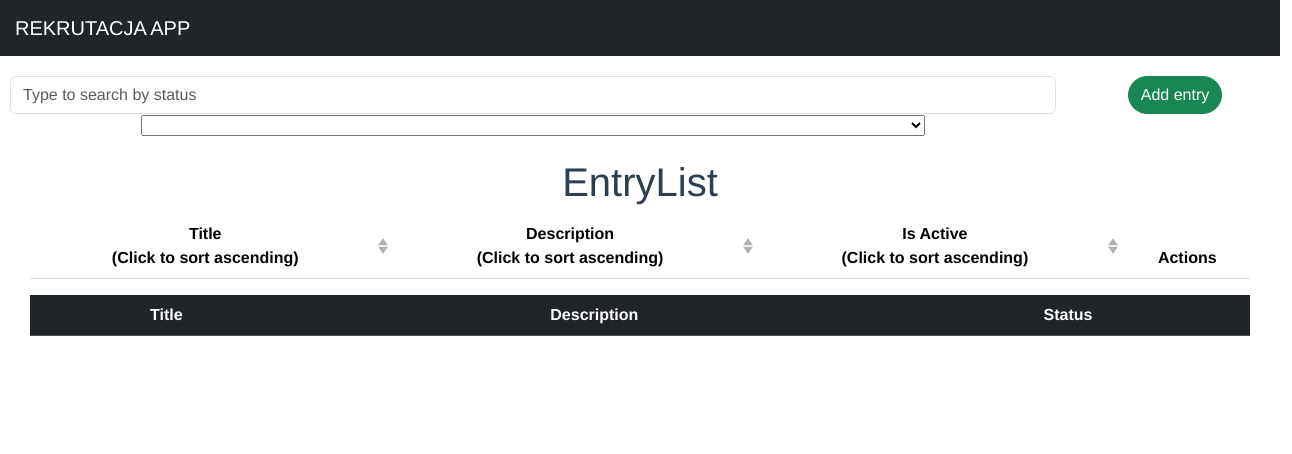
Repository: Madaless/vue_elastic
Page: / (app in vuejsapp/crudapp/)
The author's editor kept a copy of each file at every save. The page is drawn from the files as they stood at one save, then again after the next save.
The browser window is 1280 px wide. The page is 1292 px wide, so the pictures cover 1292 px, including what lies to the right of the window. The pictures show the whole page.
The page's requests for data from a server got no answer. The project was rebuilt for these pictures with package versions that can differ from the ones it lists, and the page was loaded fresh each time. No one was signed in, and anything a server would have sent is missing.

Above is the page before, as saved 2021-09-12 17:28:56.

### vuejsapp/crudapp/src/main.js
import Vue from 'vue'
import App from './App.vue'
import store from  './store/index'
import { BootstrapVue, IconsPlugin } from 'bootstrap-vue'

// Import Bootstrap an BootstrapVue CSS files (order is important)
import 'bootstrap/dist/css/bootstrap.css'
import 'bootstrap-vue/dist/bootstrap-vue.css'

// Make BootstrapVue available throughout your project
Vue.use(BootstrapVue)
// Optionally install the BootstrapVue icon components plugin
Vue.use(IconsPlugin)

Vue.config.productionTip = false

new Vue({
  store,
  render: h => h(App),
}).$mount('#app')

### vuejsapp/crudapp/src/App.vue
<template>
  <div id="app">
    <b-navbar class="navbar navbar-expand navbar-dark bg-dark">
      <b-navbar-brand id="header" href="#">REKRUTACJA APP</b-navbar-brand>
    </b-navbar>

    <b-row id = "filterEntry">
      <b-col sm="10"><FilterEntry /></b-col>
      <b-col sm="2"><AddEntry /></b-col>
    </b-row>

    <EntryList />
  </div>
</template>

<script>
import AddEntry from "./components/AddEntry.vue";
import FilterEntry from "./components/FilterEntry.vue";
import EntryList from "./components/EntryList.vue";

export default {
  name: "App",
  components: {
    AddEntry,
    FilterEntry,
    EntryList,
  },
};
</script>

<style>
#app {
  font-family: Avenir, Helvetica, Arial, sans-serif;
  -webkit-font-smoothing: antialiased;
  -moz-osx-font-smoothing: grayscale;
  text-align: center;
  color: #2c3e50;
}
#header {
  padding-left: 15px;
}

#filterEntry {
    padding-top: 20px;
    padding-bottom: 20px;
    padding-left: 10px;
    padding-right: 10px;
}
</style>

### vuejsapp/crudapp/src/store/index.js
import Vuex from 'vuex';
import Vue from 'vue';
import entryList from './modules/entryList';

Vue.use(Vuex);

export default new Vuex.Store({
    modules: {
        entryList
    }
})

### vuejsapp/crudapp/src/components/AddEntry.vue
<template>
  <div>
    <b-button pill block variant="success">Add entry</b-button>
  </div>
</template>

<script>
export default {
  setup() {},
};
</script>

<style scoped>
</style>

### vuejsapp/crudapp/src/components/FilterEntry.vue
<template>
  <div>
    <b-form-input
      id="filter-input"
      v-model="filter"
      type="search"
      placeholder="Type to search by status"
    ></b-form-input>

    <b-form-select
      id="sort-by-select"
      v-model="sortBy"
      :options="sortOptions"
      :aria-describedby="ariaDescribedby"
      class="w-75">
      <template #first>
        <option value="">-- none --</option>
      </template>
    </b-form-select>



  </div>
</template>

<script>
export default {
  setup() {},
  data() {
      return {
          sortOptions: ["no","yes"]
      }
  }
};
</script>

<style scoped>
</style>

### vuejsapp/crudapp/src/components/EntryList.vue
<template>
  <div id="entryList">
    <h1>EntryList</h1>

    <div class="todos">
      <b-table :items="entryList" :fields="fields">
        <template #cell(name)="row">
          {{ row.value.first }} {{ row.value.last }}
        </template>

        <template #cell(actions)="row">
          <b-button
            pill
            size="sm"
            @click="info(row.item, row.index, $event.target)"
            class="mr-1"
          >
            Info modal
          </b-button>
          <b-button size="sm" pill @click="row.toggleDetails">
            {{ row.detailsShowing ? "Hide" : "Show" }} Details
          </b-button>
          <b-button size="sm" pill block variant="danger"
            >Delete entry</b-button>
        </template>

        <template #row-details="row">
          <b-card>
            <ul>
              <li v-for="(value, key) in row.item" :key="key">
                {{ key }}: {{ value }}
              </li>
            </ul>
          </b-card>
        </template>
      </b-table>
      <table class="table table-striped table-dark">
        <thead>
          <tr>
            <th>Title</th>
            <th>Description</th>
            <th>Status</th>
          </tr>
        </thead>
        <tbody>
          <tr v-for="entry in entryList" v-bind:key="entry.key">
            <td>{{ entry.title }}</td>
          </tr>
        </tbody>
      </table>
    </div>
  </div>
</template>

<script>
import { mapGetters, mapActions } from "vuex";

export default {
  name: "EntryList",
  methods: {
    ...mapActions(["fetchEntryList"]),
  },
  computed: mapGetters(["entryList"]),
  created() {
    this.fetchEntryList();
  },
  data() {
    return {
      items: [
        {
          isActive: true,
          age: 40,
          name: { first: "Dickerson", last: "Macdonald" },
        },
        { isActive: false, age: 21, name: { first: "Larsen", last: "Shaw" } },
        {
          isActive: false,
          age: 9,
          name: { first: "Mini", last: "Navarro" },
          _rowVariant: "success",
        },
        { isActive: false, age: 89, name: { first: "Geneva", last: "Wilson" } },
        { isActive: true, age: 38, name: { first: "Jami", last: "Carney" } },
        { isActive: false, age: 27, name: { first: "Essie", last: "Dunlap" } },
        { isActive: true, age: 40, name: { first: "Thor", last: "Macdonald" } },
        {
          isActive: true,
          age: 87,
          name: { first: "Larsen", last: "Shaw" },
          _cellVariants: { age: "danger", isActive: "warning" },
        },
        { isActive: false, age: 26, name: { first: "Mitzi", last: "Navarro" } },
        {
          isActive: false,
          age: 22,
          name: { first: "Genevieve", last: "Wilson" },
        },
        { isActive: true, age: 38, name: { first: "John", last: "Carney" } },
        { isActive: false, age: 29, name: { first: "Dick", last: "Dunlap" } },
      ],
      fields: [
        {
          key: "title",
          label: "Title",
          sortable: true,
          sortDirection: "desc",
        },
        {
          key: "description",
          label: "Description",
          sortable: true,
          class: "text-center",
        },
        {
          key: "isActive",
          label: "Is Active",
          formatter: (value) => {
            return value ? "Yes" : "No";
          },
          sortable: true,
          sortByFormatted: true,
          filterByFormatted: true,
        },
        { key: "actions", label: "Actions" },
      ],
    };
  },
};
</script>

<style scoped>
#entryList {
  padding-left: 30px;
  padding-right: 30px;
}
</style>

### vuejsapp/crudapp/src/store/modules/entryList.js
import axios from 'axios';

const state = {
  entryList: []
};
// get the state
const getters = {
  entryList: (state) => {
    return state.entryList
  }
};

const actions = {
    // fetch from api
  async fetchEntryList({ commit }) {
    const response = await axios.get('https://jsonplaceholder.typicode.com/todos');

    commit('setEntryList', response.data);
  }
}

const mutations = {
    setEntryList: (state, entryList) => (state.entryList = entryList)
};

export default {
    state,
    getters,
    actions,
    mutations
};

Loaded but not shown: vuejsapp/crudapp/public/index.html (common file)

After the next save:
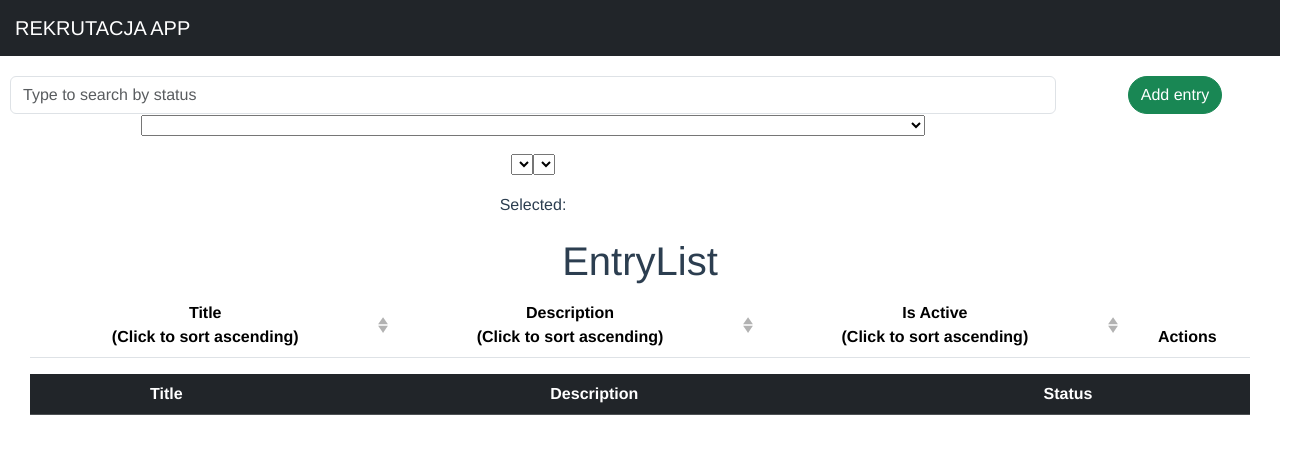
Saved 85 s later.
--- a/vuejsapp/crudapp/src/components/FilterEntry.vue
+++ b/vuejsapp/crudapp/src/components/FilterEntry.vue
@@ -18,6 +18,11 @@
       </template>
     </b-form-select>
 
+  <div>
+    <b-form-select v-model="selected" :options="options"></b-form-select>
+    <b-form-select v-model="selected" :options="options" size="sm" class="mt-3"></b-form-select>
+    <div class="mt-3">Selected: <strong>{{ selected }}</strong></div>
+  </div>
 
 
   </div>
